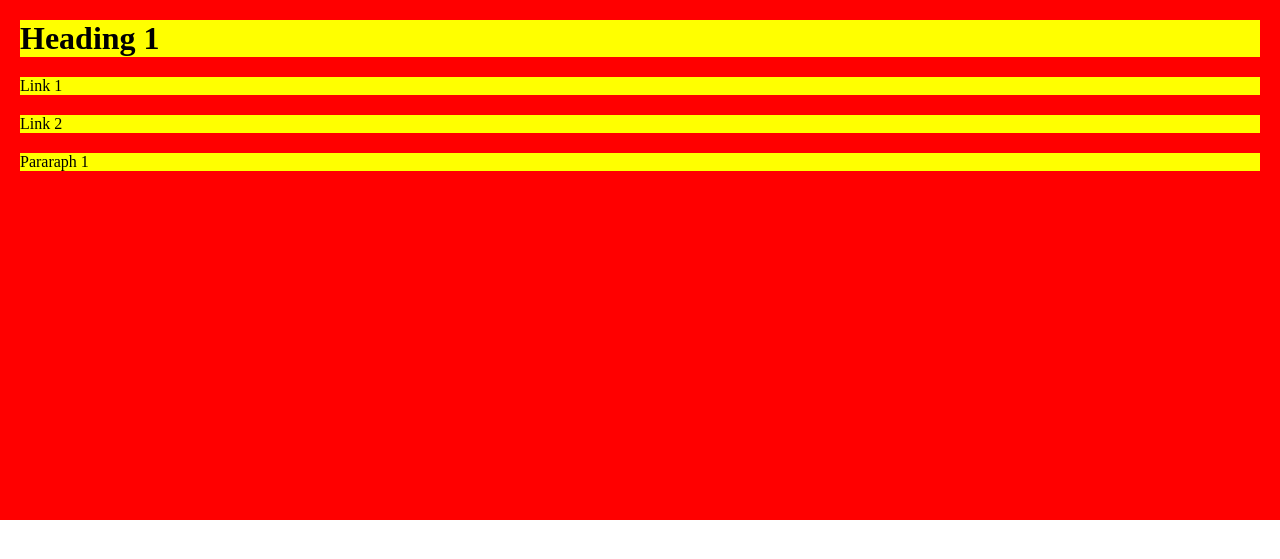
Repository: itz-mohanmadhav-18/Full-stack
Page: Html+css/day-3/flexbox.html
The author's editor kept a copy of each file at every save. The page is drawn from the files as they stood at one save, then again after the next save.
The browser window is 1280 px wide. The pictures show the whole page.

Above is the page before, as saved 2024-06-14 12:32:55.

After the next save:
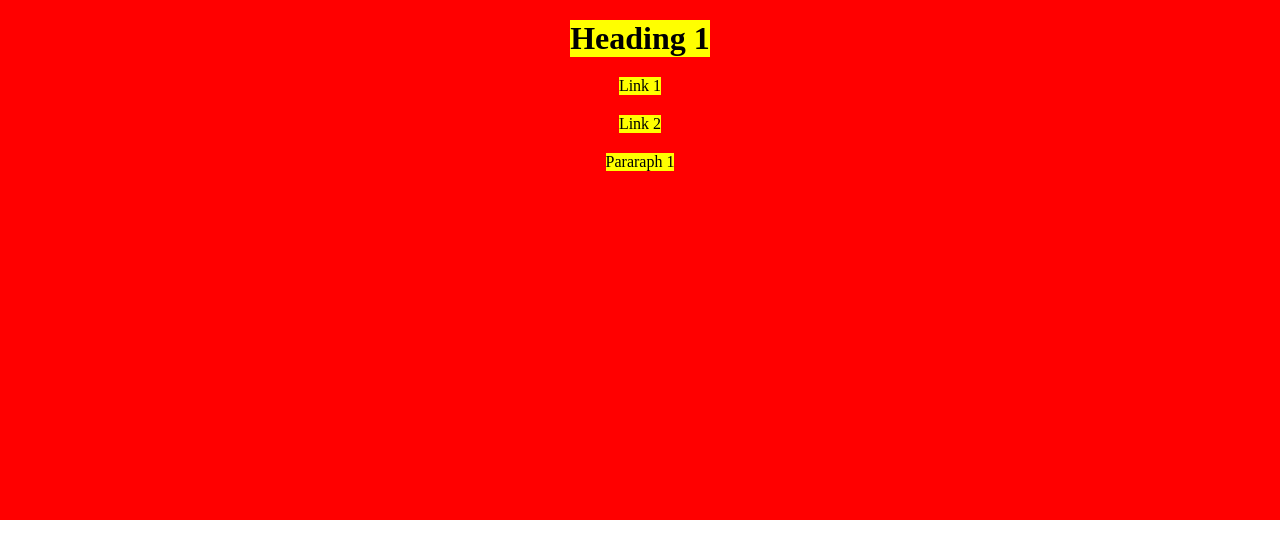
Saved 12 s later.
--- a/Html+css/day-3/flexbox.css
+++ b/Html+css/day-3/flexbox.css
@@ -8,7 +8,7 @@ div{
     height: 500px;
     display: flex;
     flex-direction: column;
-    align-items: stretch;
+    align-items: center;
 }
 
 div > * {
